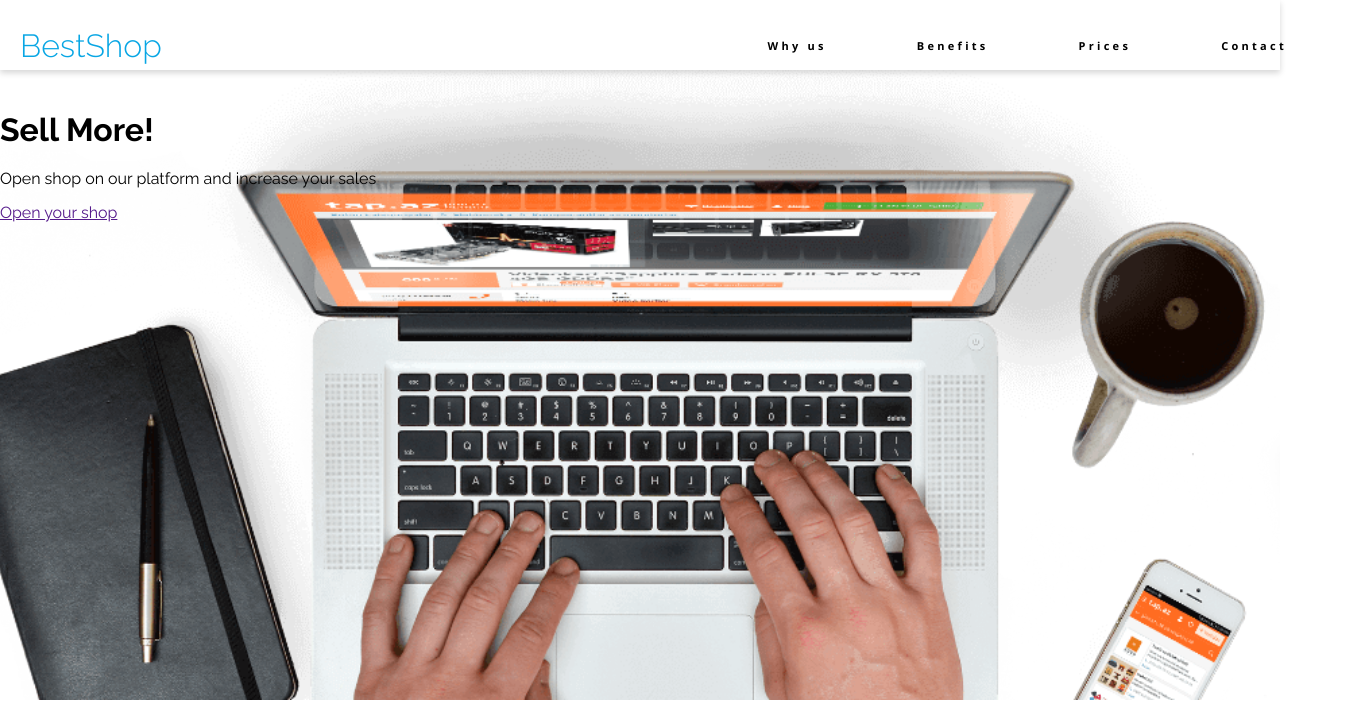
Repository: Widzisz/bestshop-website
Page: index.html
These files come from the project's save history. The page is drawn as it stood at one moment and after the next save; the edit follows.
The browser window is 1280 px wide. The page is 1352 px wide, so the pictures cover 1352 px, including what lies to the right of the window. The pictures show the whole page.

Above is the page before, as saved 2021-03-19 13:27:32.

### index.html
<!doctype html>
<html lang="en">

<head>
  <meta charset="UTF-8">
  <meta http-equiv="X-UA-Compatible" content="ie=edge">

  <link rel="preconnect" href="https://fonts.gstatic.com">
  <link
    href="https://fonts.googleapis.com/css2?family=Open+Sans:ital,wght@0,300;0,400;0,600;0,700;0,800;1,300;1,400;1,600;1,700;1,800&family=Raleway:ital,wght@0,100;0,200;0,300;0,400;0,500;0,600;0,700;0,800;0,900;1,100;1,200;1,300;1,400;1,500;1,600;1,700;1,800;1,900&display=swap"
    rel="stylesheet">
  <title>Craze Features</title>
  <link rel="stylesheet" href="css/normalize.css">
  <link rel="stylesheet" href="css/style.css">
</head>
<div class="hero">

  <header class="header">

    <div class="container">
      <div class="container__nav">
        <a href="" class="logo">
          <span>BestShop</span>
        </a>

        <nav class="menu">
          <ul class="menu__list">
            <li><a href="">Why us</a></li>
            <li><a href="">Benefits</a></li>
            <li><a href="">Prices</a></li>
            <li><a href="">Contact</a></li>
          </ul>
        </nav>
      </div>

      <section class="welcome__section">
        <h1 class="welcome__section-title">
          Sell More!
        </h1>
        <p class="welcome__section-text">
          Open shop on our platform and increase your sales
        </p>
        <div class="welcome__section-btn">
          <a href="" class="welcome__section-btn--primary">
            Open your shop
          </a>
        </div>
      </section>

    </div>
  </header>

</div>




</div>


<body>

</body>

</html>

### css/style.css
:root {
  --c-primary: #08a6e4;
  --c-primary-shadow: rgba(7, 172, 230, 0.16);
  --c-redish: #fb3b64;
  --c-green: #55dfb4;
  --c-black: #000000;
  --c-grey: #a5a5a5;
  --c-light-grey: #f7f7f7;
  --c-white: #ffffff;
}

html {
  font-family: "Open Sans", sans-serif;
  font-family: "Raleway", sans-serif;
}

* {
  box-sizing: border-box;
}
body {
  margin: 0;
}

.container {
  width: 1352px;
  margin: 0 auto;
}
/* -----------------------------------------------------
              Logo + Pasek Menu
----------------------------------------------------- */

.hero {
  width: 100%;
  min-height: 700px;
  background-image: url(../images/background.png);
  background-size: cover;
  background-repeat: no-repeat;
  background-position: center top;
}

.header {
  background: #ffffff;
  height: 70px;
  width: 100%;
  box-shadow: 0px 3px 6px #00000029;
  opacity: 1;
  background-repeat: no-repeat;
}

.container__nav {
  padding: 20px;
  display: flex;
  justify-content: space-between;
  align-items: center;
}

.logo {
  text-decoration: none;
}

.logo span {
  top: 16px;
  left: 136px;
  width: 142px;
  height: 37px;

  font: normal normal 300 32px/37px Raleway;
  letter-spacing: 0px;
  color: #08a6e4;
  opacity: 1;
}
.menu {
}
.menu__list {
  list-style-type: none;
  display: flex;
  text-decoration: none;
}


.menu__list a {
  text-decoration: none;
  margin: 0 45px;
  text-align: center;
  font: normal normal bold 11px/15px Open Sans;
  letter-spacing: 3.28px;
  color: #000000;
  opacity: 1;
}

.menu__list a:hover {
text-decoration: underline;
text-decoration-color:  #08A6E4 ;
text-decoration-style: solid;
text-decoration-thickness: 4px;
opacity: 1;
padding-bottom: 15px;

}

/* -----------------------------------------------------
              Welcome Section
----------------------------------------------------- */

.welcome__section{}
.welcome__section-title{}
.welcome__section-text{}

.welcome__section-btn{}
.welcome__section-btn--primary{}

Loaded but not shown: css/normalize.css (library)

After the next save:
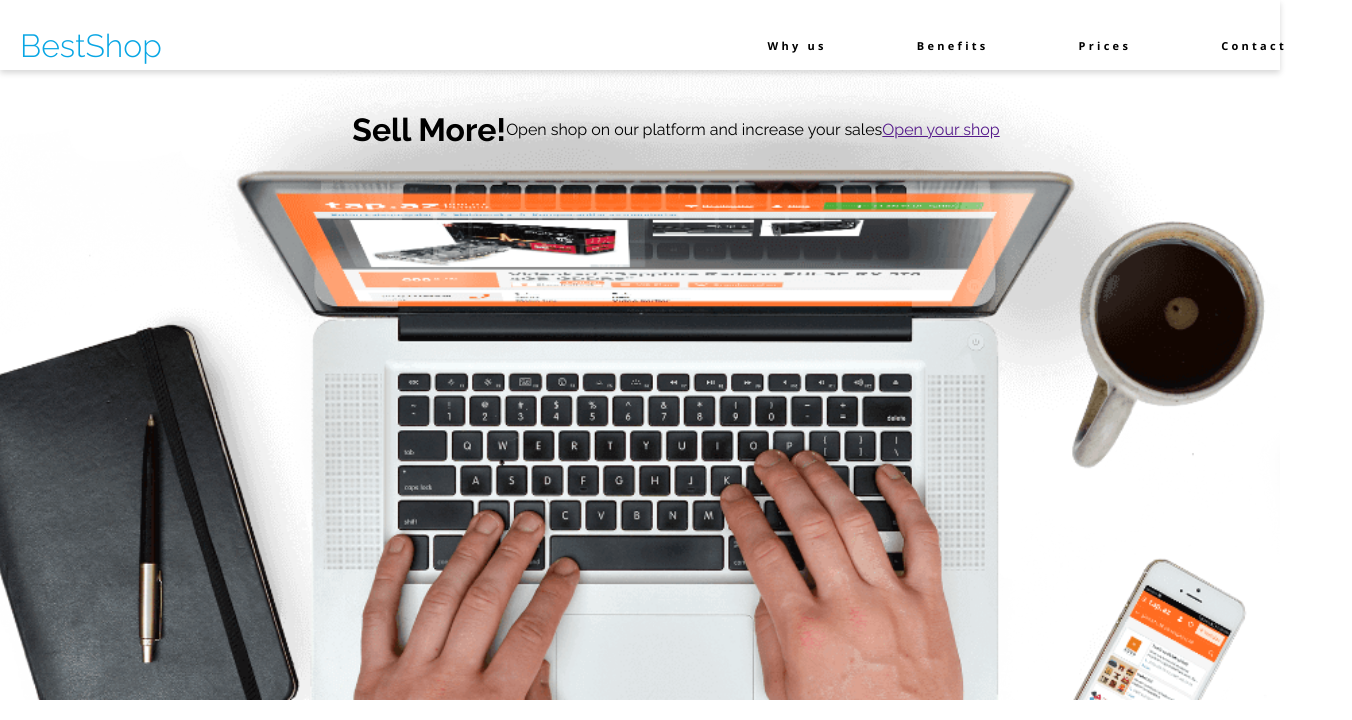
Saved 6 min 2 s later.
--- a/index.html
+++ b/index.html
@@ -44,8 +44,7 @@
           <a href="" class="welcome__section-btn--primary">
             Open your shop
           </a>
-        </div>
-      </section>
+        </div></section>
 
     </div>
   </header>
--- a/css/style.css
+++ b/css/style.css
@@ -102,7 +102,11 @@ padding-bottom: 15px;
               Welcome Section
 ----------------------------------------------------- */
 
-.welcome__section{}
+.welcome__section{
+    display: flex;
+    justify-content: center;
+    align-items: center;
+}
 .welcome__section-title{}
 .welcome__section-text{}
 
